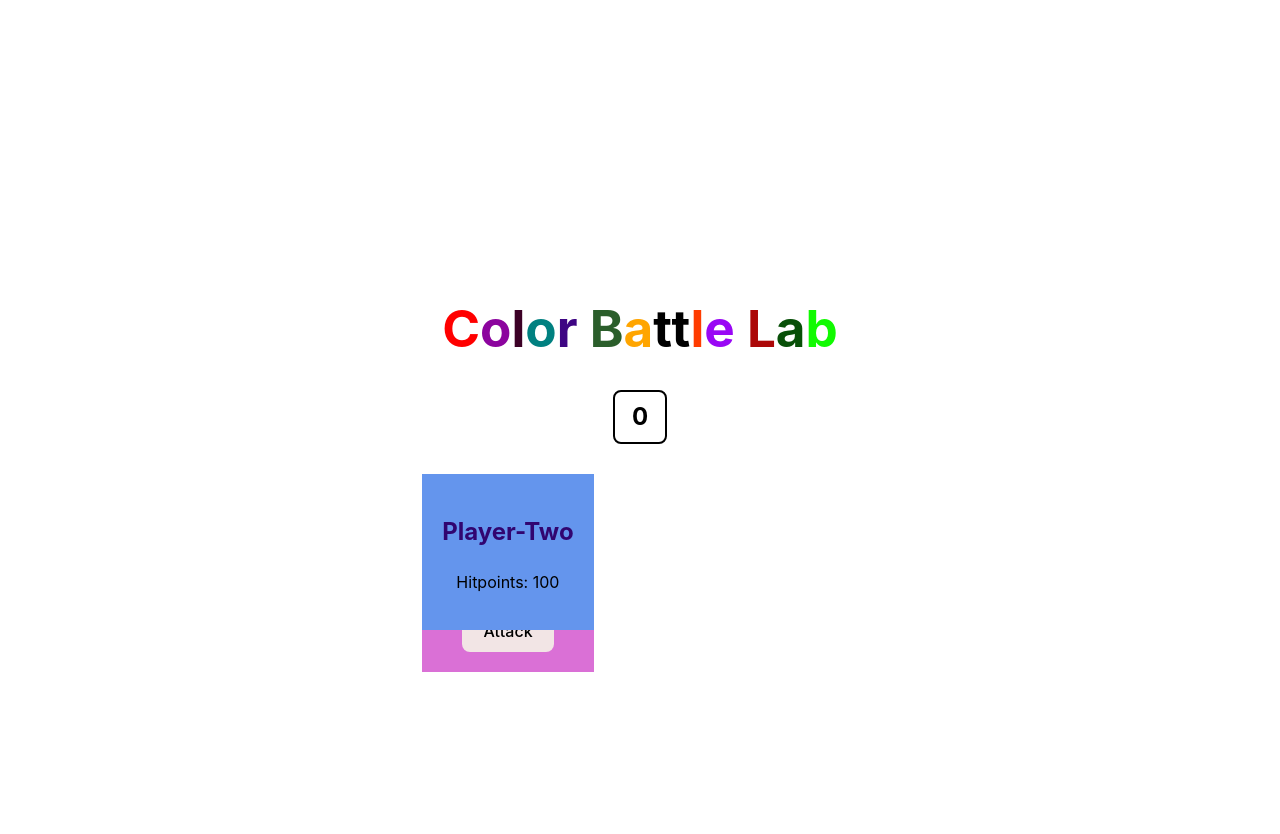
Repository: RAWdevX21/color-battle_lab-build
Page: /
The author's editor kept a copy of each file at every save. The page is drawn from the files as they stood at one save, then again after the next save.
The browser window is 1280 px wide. The pictures show the whole page.
The project was rebuilt for these pictures with package versions that can differ from the ones it lists, and the page was loaded fresh each time. Also part of the build but not shown: vite.config.js.

Above is the page before, as saved 2023-08-17 03:00:55.

### index.html
<!doctype html>
<html lang="en">
  <head>
    <meta charset="UTF-8" />
    <link rel="icon" type="image/svg+xml" href="/vite.svg" />
    <meta name="viewport" content="width=device-width, initial-scale=1.0" />
    <title>Color Battle</title>
  </head>
  <body>
    <div id="root"></div>
    <script type="module" src="/src/main.jsx"></script>
  </body>
</html>

### src/App.jsx
import { useState } from "react";
import GameBanner from "./Components/GameBanner";
import Player from "./Components/PlayerInfo";
import "./App.css";

export default function App() {
  const [player1, setPlayer1] = useState({
    name: "Player-One",
    color: "orchid",
    hitpoints: 100,
    turn: true
  });

  const [player2, setPlayer2] = useState({
    name: "Player-Two",
    color: "cornflowerblue",
    hitpoints: 100,
    turn: false
  });

  const [dice, setDice] = useState(0);

  const handleAttack = (attacker, defender, setAttacker, setDefender) => {
    const damage = Math.floor(Math.random() * 6) + 1;
    setDice(damage);

    const updatedDefender = {
      ...defender,
      hitpoints: defender.hitpoints - damage
    };
    const updatedAttacker = { ...attacker, turn: false };

    setDefender(updatedDefender);
    setAttacker(updatedAttacker);

    // Switch turns
    if (attacker === player1) {
      setPlayer2({ ...player2, turn: true });
    } else {
      setPlayer1({ ...player1, turn: true });
    }

    // Check for game over
    if (updatedDefender.hitpoints <= 0) {
      alert(`${attacker.name} wins!`);
      // Reset game or any other logic you want to add
    }
  };

  return (
    <>
      <div className="wrapper">
        <GameBanner damagePoints={dice} />

        <div className="players-container">
          <div className="player-wrapper">
            <Player
              player={player1}
              onAttack={() =>
                handleAttack(player1, player2, setPlayer1, setPlayer2)
              }
            />
          </div>
          <div className="player-wrapper">
            <Player
              player={player2}
              onAttack={() =>
                handleAttack(player2, player1, setPlayer2, setPlayer1)
              }
            />
          </div>
        </div>
      </div>
    </>
  );
}

### src/index.css
:root {
  font-family: Inter, system-ui, Avenir, Helvetica, Arial, sans-serif;
  line-height: 1.5;
  font-weight: 400;

  color-scheme: light dark;
  background-color: #242424;

}

a {
  font-weight: 500;
  /* color: #646cff; */
  text-decoration: inherit;
}
a:hover {
  /* color: #535bf2; */
}

body {
  margin: 0;
  display: flex;
  place-items: center;
  min-width: 320px;
  min-height: 100vh;
}

h1 {
  font-size: 3.2em;
  line-height: 1.1;
}

button {
  border-radius: 8px;
  border: 1px solid transparent;
  padding: 0.6em 1.2em;
  font-size: 1em;
  font-weight: 500;
  font-family: inherit;
  background-color: #1a1a1a;
  cursor: pointer;
  transition: border-color 0.25s;
}
button:hover {
  border-color: #646cff;
}
button:focus,
button:focus-visible {
  outline: 4px auto -webkit-focus-ring-color;
}

@media (prefers-color-scheme: light) {
  :root {
    background-color: #ffffff;
  }
  a:hover {
    color: #747bff;
  }
  button {
    background-color: #f9f9f9;
  }
}

### src/Components/GameBanner.jsx
import './GameBanner.css';
import Die from "./Die";

const GameBanner = ({ damagePoints }) => {
    return (
      <div className="banner">
        <h1>
          <span className="banner--c">C</span>
          <span className="banner--o">o</span>
          <span className="banner--l">l</span>
          <span className="banner--o2">o</span>
          <span className="banner--r">r</span>
          &nbsp;
          <span className="banner--b">B</span>
          <span className="banner--a">a</span>
          <span className="banner--t">t</span>
          <span className="banner--t">t</span>
          <span className="banner--l2">l</span>
          <span className="banner--e">e</span>
          &nbsp;
          <span className="banner--l3">L</span>
          <span className="banner--a2">a</span>
          <span className="banner--b2">b</span>
        </h1>
        <div className="damage-points">
          <Die value={damagePoints} />
        </div>
      </div>
    );
}

export default GameBanner;

### src/Components/PlayerInfo.jsx
import "./PlayerInfo.css";

const Player = ({ player, onAttack }) => {
  return (
    <div className="player" style={{ backgroundColor: player.color }}>
      <h2>{player.name}</h2>
      <p>Hitpoints: {player.hitpoints}</p>
      {player.turn && (
        <button className="attack-button" onClick={onAttack}>
          Attack
        </button>
      )}
    </div>
  );
};

export default Player;

### src/App.css
#root {
  margin: 0 auto;
  padding: 2rem;
  text-align: center;
}

h2 {
  color: rgb(49, 5, 112);
}

.players-container {
  position: relative;
  display: flex;
}

.player-wrapper {
  position: absolute;
  top: 0;
  left: 50;
  /* flex: 1; */
  height: 50vh;
  min-height: 50vh;
  box-sizing: border-box;
  overflow: hidden;
}

### src/Components/GameBanner.css
.banner {
    text-align: center;
    padding: 20px;
    background-color: #ffffff;
    color: black;
}

.damage-points {
    margin-top: 10px;
    font-size: 6rem;
}

.banner h1 span.banner--c { color: red; }
.banner h1 span.banner--o { color: rgb(140, 4, 158); }
.banner h1 span.banner--l { color: rgb(60, 1, 38); }
.banner h1 span.banner--o2 { color: teal; }
.banner h1 span.banner--r { color: rgb(62, 5, 131); }
.banner h1 span.banner--b { color: rgb(43, 94, 43); }
.banner h1 span.banner--a { color: orange; }
.banner h1 span.banner--t { color: black; }
.banner h1 span.banner--l2 { color: rgb(255, 60, 0); }
.banner h1 span.banner--e { color: rgb(153, 7, 245); }
.banner h1 span.banner--l3 { color: rgb(172, 8, 8); }
.banner h1 span.banner--a2 { color: rgb(8, 80, 8); }
.banner h1 span.banner--b2 { color: rgb(17, 250, 1); }

### src/Components/Die.jsx
import "./Die.css";

const Die = ({ value }) => {
  return <div className="die-container">{value}</div>;
};

export default Die;

### src/Components/PlayerInfo.css
.player {
    padding: 20px;
    box-sizing: border-box;
    background-color: #f5f5f5;
}

.attack-button {
    padding: 10px 20px;
    background-color: rgb(242, 229, 229);
    color: black;
    cursor: pointer;
}

### src/Components/Die.css
.die {
    text-align: center;
    font-size: 20px;
    margin-top: 20px;
}

.die-container {
    width: 50px;
    height: 50px;
    border: 2px solid black;
    border-radius: 8px;
    display: flex;
    align-items: center;
    justify-content: center;
    font-size: 24px;
    font-weight: bold;
    margin: 10px auto;
}

Loaded but not shown: src/main.jsx (common file)

After the next save:
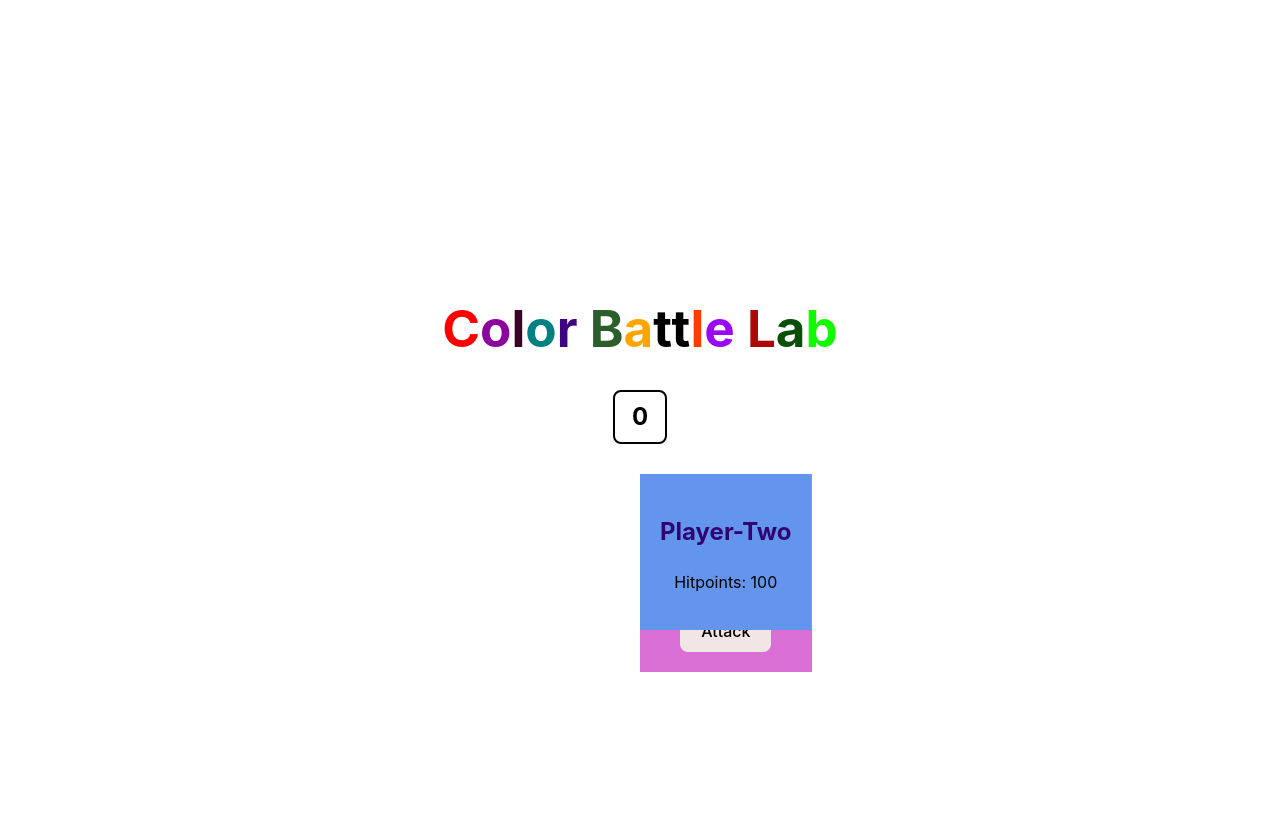
Saved 10 s later.
--- a/src/App.css
+++ b/src/App.css
@@ -16,7 +16,7 @@
 .player-wrapper {
   position: absolute;
   top: 0;
-  left: 50;
+  left: 50%;
   /* flex: 1; */
   height: 50vh;
   min-height: 50vh;

After the save that followed:
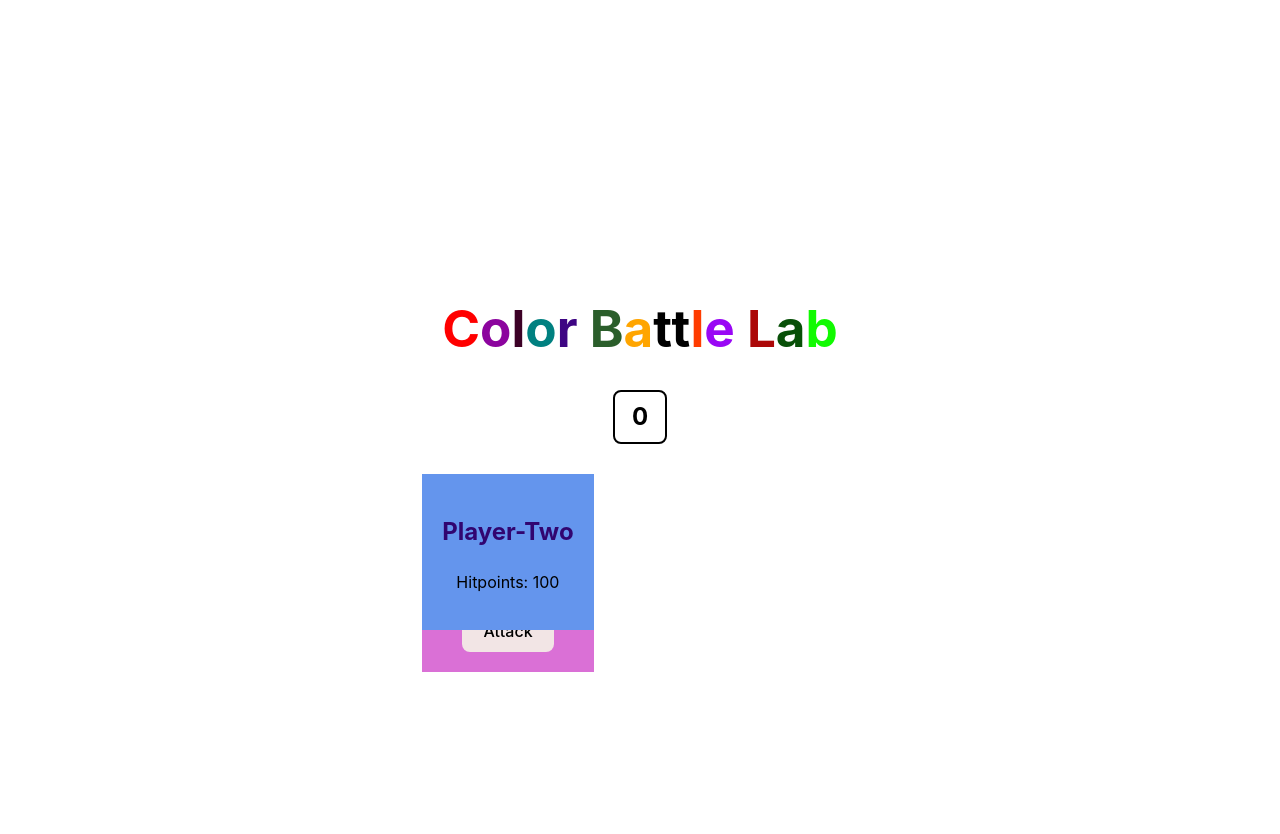
Saved 11 s later.
--- a/src/App.css
+++ b/src/App.css
@@ -16,8 +16,8 @@
 .player-wrapper {
   position: absolute;
   top: 0;
-  left: 50%;
-  /* flex: 1; */
+  left: 50;
+  flex: 1;
   height: 50vh;
   min-height: 50vh;
   box-sizing: border-box;
